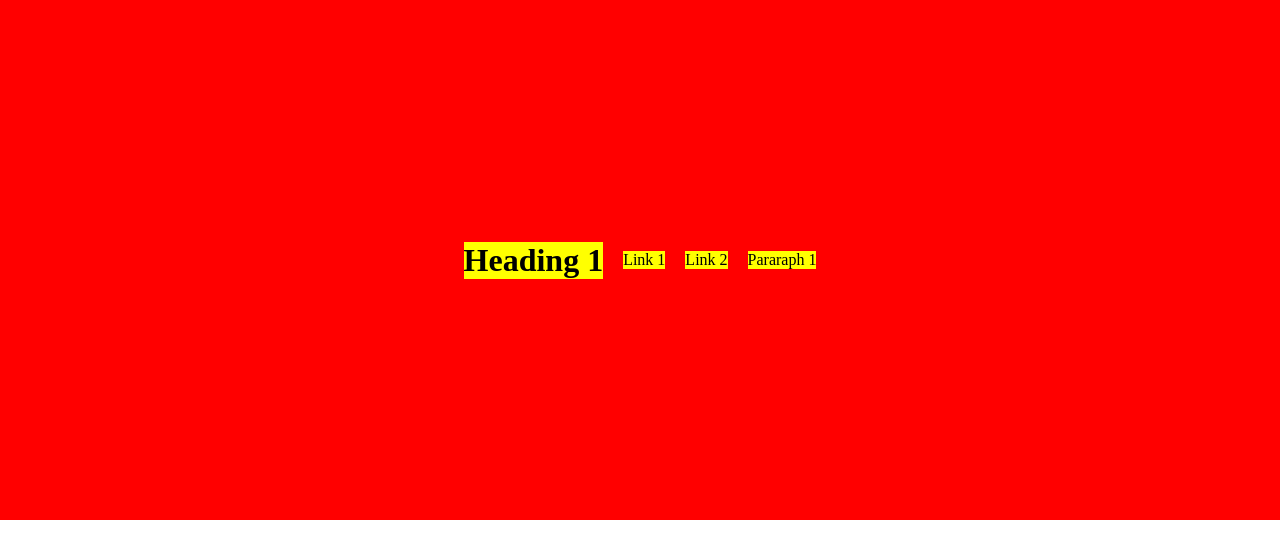
Repository: itz-mohanmadhav-18/Full-stack
Page: Html+css/day-3/flexbox.html
An editor plug-in stored every save of this project. The page is shown before and after the next save, followed by the edit.
The browser window is 1280 px wide. The pictures show the whole page.

Above is the page before, as saved 2024-06-14 12:40:34.

After the next save:
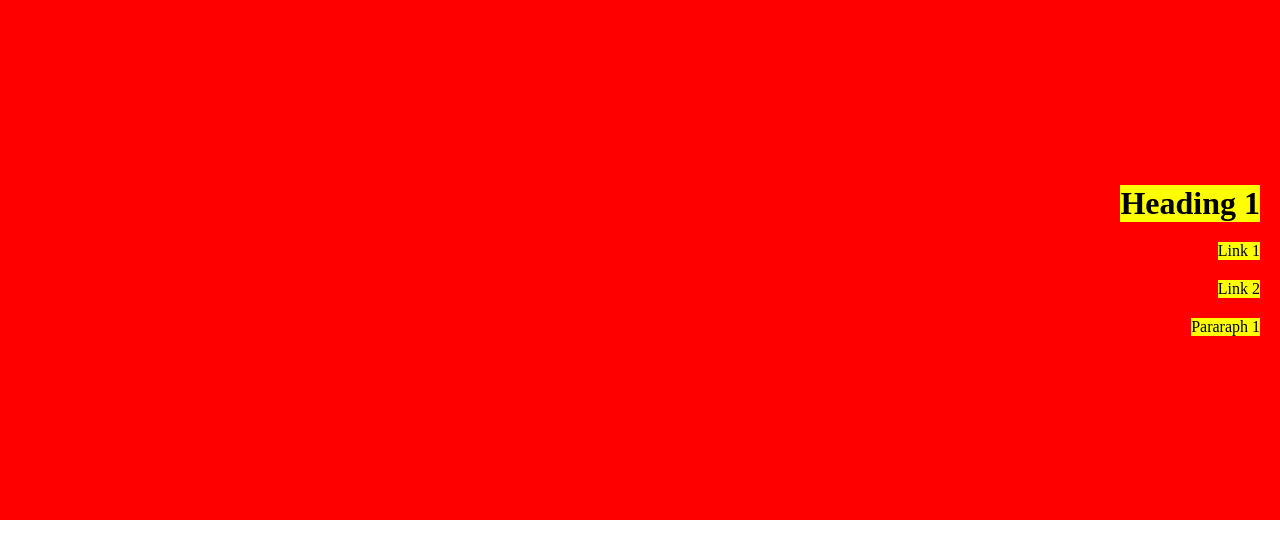
Saved 2 min 36 s later.
--- a/Html+css/day-3/flexbox.css
+++ b/Html+css/day-3/flexbox.css
@@ -8,8 +8,8 @@ div{
     padding: 10px;
     height: 500px;
     display: flex;
-    flex-direction: row;
-    align-items: center;
+    flex-direction: column;
+    align-items: flex-end;
     justify-content: center;
 }
 
